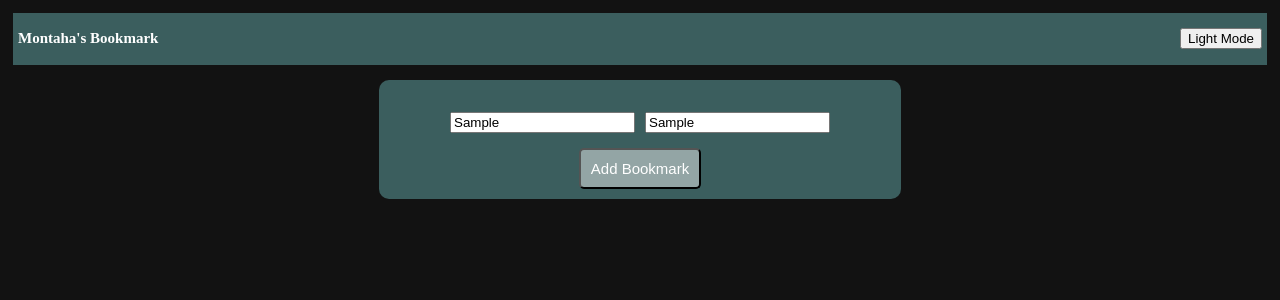
Repository: eidimontaha18-maker/finalproject
Page: index.html
These files come from the project's save history. The page is drawn as it stood at one moment and after the next save; the edit follows.
The browser window is 1280 px wide. The pictures show the whole page.
Empty fields were first filled with sample values (such as "Sample", 5 or name@example.com).
After loading, the first visible `#mode` was clicked once.

Above is the page before, as saved 2025-11-26 01:07:36.

After the next save:
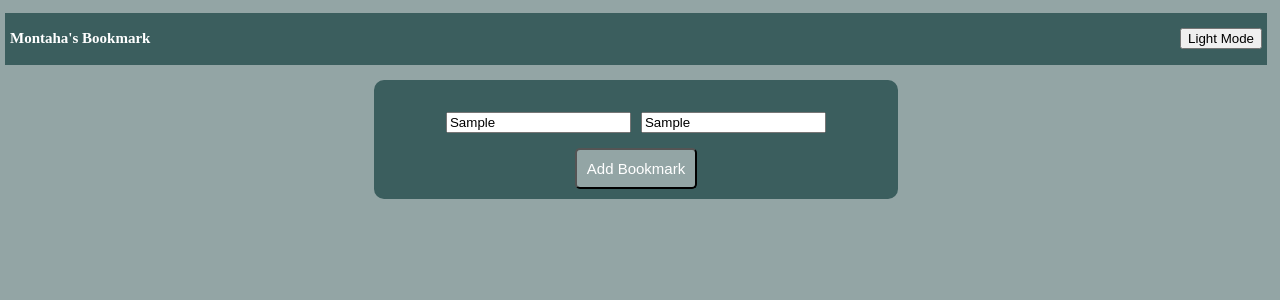
Saved 38 s later.
--- a/style.css
+++ b/style.css
@@ -67,10 +67,12 @@ nav{
     margin-left: 10px;
 }
 .dark-mode{
-    background-color: #121212;
+    background-color: rgb(147, 165, 165);
     color: white;
     padding: 5px;
     border-radius: 5px;
     font-size: 12px;
+    cursor: pointer;
+    margin-left: auto;
 
 }
